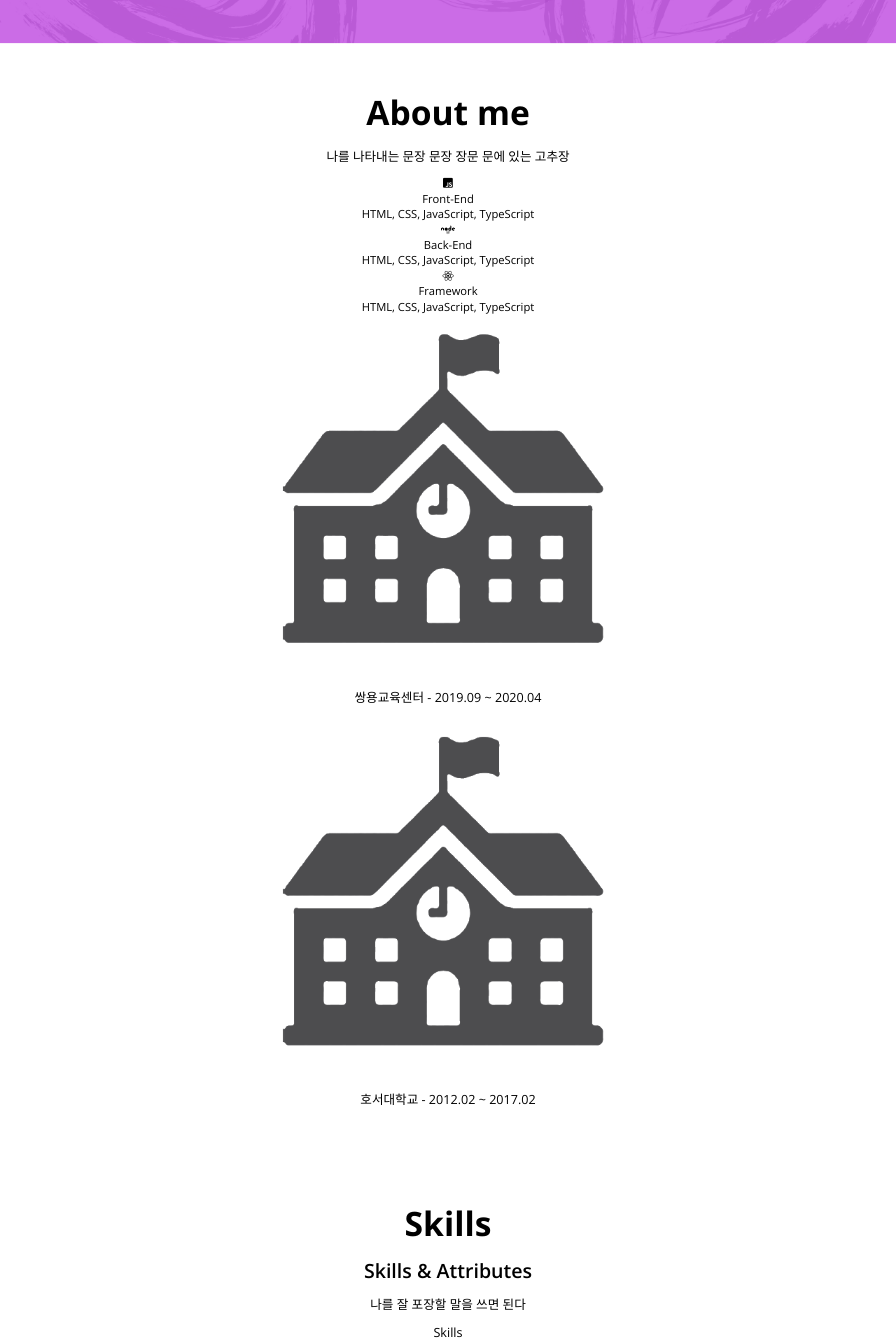
Repository: DevMinwoo-Jung/MinwooPortfolio
Page: index.html
These files come from the project's save history. The page is drawn as it stood at one moment and after the next save; the edit follows.
The browser window is 1280 px wide. The pictures show the part of the page from y = 1342 to 3262 px (the page is 7614 px tall before and 8058 px after), at 70% of full size.

Above is the page before, as saved 2021-05-31 14:34:29.

### index.html
<!DOCTYPE html>
<html lang="en">
<head>
  <meta charset="UTF-8">
  <meta http-equiv="X-UA-Compatible" content="IE=edge">
  <meta name="viewport" content="width=device-width, initial-scale=1.0">
  <title>Minwoo's Portfolio</title>
  <meta name="description" content="(will be) world-renowned Front-End Web developer Minwoo">
  <meta name="author" content= "Minwoo Jung">
  <link rel="icon" type ="image/png" href="imgs/favicon.png">
  <link rel="stylesheet" href="https://use.fontawesome.com/releases/v5.15.3/css/all.css" integrity="sha384-SZXxX4whJ79/gErwcOYf+zWLeJdY/qpuqC4cAa9rOGUstPomtqpuNWT9wdPEn2fk" crossorigin="anonymous">
  <link rel="preconnect" href="https://fonts.gstatic.com">
<link href="https://fonts.googleapis.com/css2?family=Open+Sans:wght@400;600;700&display=swap" rel="stylesheet">
<link rel="stylesheet" href="style.css">
<script src="main.js" defer></script>
</head>
<body>
  <h1>Heading</h1>
  <h2>Heading</h2>
  <h3>Heading</h3>
  <p>Paragraph</p>
  <!-- Navbar -->
  <nav id="navbar">
    <div class="navbar__logo">
      <img src="imgs/favicon.png" alt="">
      <a href="#">Minwoo</a>
    </div>
      <ul class="nvabar__menu">
        <li class="navbar__menu__item--active">Home</li>
        <li class="navbar__menu__item">About</li>
        <li class="navbar__menu__item">Skills</li>
        <li class="navbar__menu__item">My work</li>
        <li class="navbar__menu__item">Testimonial</li>
        <li class="navbar__menu__item">Contact</li>
      </ul>
  </nav>
  <!-- Home -->
  <section id="home">
    <img src="imgs/myPhoto.jpg" alt="Minwoo's profile photo" class="home__avatar">
    <h1 class="home__title">반갑습니다. <br> 프론트엔드 개발자 정민우입니다.</h1>
    <h2 class="home__description">멈추지 않는 개발자로 살아가고싶습니다.</h2>
    <button class="home__contact">Contact Me</button>
  </section>
  <!-- About -->
  <section id="about" class="section">
    <h1>About me</h1>
    <p>나를 나타내는 문장 문장 장문 문에 있는 고추장</p>
    <div class="about__majors">
      <div class="major">
        <div class="major__icon">
          <i class="fab fa-js-square"></i>
        </div>
        <div class="major__title">Front-End</div>
        <div class="major__description">
          HTML, CSS, JavaScript, TypeScript
        </div>
      </div>
      <div class="major">
        <div class="major__icon">
          <i class="fab fa-node"></i>
        </div>
        <div class="major__title">Back-End</div>
        <div class="major__description">
          HTML, CSS, JavaScript, TypeScript
        </div>
      </div>
      <div class="major">
        <div class="major__icon">
          <i class="fab fa-react"></i>
        </div>
        <div class="major__title">Framework</div>
        <div class="major__description">
          HTML, CSS, JavaScript, TypeScript
        </div>
      </div>
    </div>
    <div class="aoubt__jobs">
      <img src="imgs/school.png" alt="" class="job__logo">
      <p class="job__period">쌍용교육센터 - 2019.09 ~ 2020.04</p>
      <img src="imgs/school.png" alt="" class="job__logo">
      <p class="job__period">호서대학교 - 2012.02 ~ 2017.02</p>
    </div>



  </section>
  <!-- Skills -->
  <section id="skills" class="section">
    <h1>Skills</h1>
    <h2>Skills & Attributes</h2>
    <p>
      나를 잘 포장할 말을 쓰면 된다
    </p>
    <div class="skillset">
      <div class="skillset__left">
        <h3 class="skillset__title">Skills</h3>
        <div class="skill">
          <div class="skill__description">
            <span>HTML</span>
            <span>90%</span>
          </div>
          <div class="skill__bar">
            <div class="skill__value"></div>
          </div>
        </div>
        <div class="skill">
          <div class="skill__description">
            <span>JavaScript</span>
            <span>90%</span>
          </div>
          <div class="skill__bar">
            <div class="skill__value"></div>
          </div>
        </div>
        <div class="skill">
          <div class="skill__description">
            <span>CSS</span>
            <span>90%</span>
          </div>
          <div class="skill__bar">
            <div class="skill__value"></div>
          </div>
        </div>
        <div class="skill">
          <div class="skill__description">
            <span>TypeScript</span>
            <span>90%</span>
          </div>
          <div class="skill__bar">
            <div class="skill__value"></div>
          </div>
        </div>
        <div class="skill">
          <div class="skill__description">
            <span>NodeJs</span>
            <span>90%</span>
          </div>
          <div class="skill__bar">
            <div class="skill__value"></div>
          </div>
        </div>
      </div>
      <div class="skillset__right">
        <div class="tools">
          <h3 class="skillset__title">Tools</h3>
          <ul class="tools__list">
            <li><span>Visual Studio Code</span></li>
            <li><span>1</span></li>
            <li><span>2</span></li>
            <li><span>3</span></li>
            <li><span>4</span></li>
          </ul>
        </div>
        <div class="etc">
          <h3 class="skillset__title">Etc</h3>
          <ul class="etc__list">
            <li><span>Git</span></li>
            <li><span>Etc</span></li>
          </ul>
        </div>
      </div>
    </div>
  </section>
  <!-- Work -->
  <section id="work" class="section">
    <h1>My work</h1>
    <h3>Projects</h3>
    <div class="work__categories">
      <button class="category__btn">All <span class="category__count">8</span></button>
      <button class="category__btn">Front-End <span class="category__count">3</span></button>
      <button class="category__btn">React <span class="category__count">2</span></button>
      <button class="category__btn">vanilaJs <span class="category__count">2</span></button>
      <button class="category__btn">nodeJs <span class="category__count">1</span></button>
    </div>
    <div class="wrok__projects">
      <a href="mygithub" class="project__img" target="blank" data-type="back-end">
      <img src="imgs/favicon.png" alt="project1">
      <!-- 이미지 추후에 넣자 -->
      <div class="project__description">
        <h3>Proejct</h3>
        <span>Clone coding with HTML and CSS</span>
      </div>
      </a>
      <a href="mygithub" class="project__img" target="blank" data-type="back-end">
        <img src="imgs/favicon.png" alt="project1">
        <!-- 이미지 추후에 넣자 -->
        <div class="project__description">
          <h3>Proejct</h3>
          <span>Clone coding with HTML and CSS</span>
        </div>
        </a>
        <a href="mygithub" class="project__img" target="blank" data-type="back-end">
          <img src="imgs/favicon.png" alt="project1">
          <!-- 이미지 추후에 넣자 -->
          <div class="project__description">
            <h3>Proejct</h3>
            <span>Clone coding with HTML and CSS</span>
          </div>
          </a>
          <a href="mygithub" class="project__img" target="blank" data-type="back-end">
            <img src="imgs/favicon.png" alt="project1">
            <!-- 이미지 추후에 넣자 -->
            <div class="project__description">
              <h3>Proejct</h3>
              <span>Clone coding with HTML and CSS</span>
            </div>
            </a>
    </div>
  </section>
  <!-- Testimonials -->
  <section id="testimonials" class="section">
    <h1>Testmonials</h1>
    <h3>See what they say about me</h3>
    <div class="testmonials">
      <div class="testimonial">
        <img src="imgs/testimonail/people.jpg" alt="" class="testimonial__avatar">
        <div class="testimonail__speech-bubble">
          <p>qmffkqmffk</p>
          <p class="name"><a href="">이름</a>일한곳</p>
        </div>
      </div>
      <div class="testimonial">
        <img src="imgs/testimonail/people.jpg" alt="" class="testimonial__avatar">
        <div class="testimonail__speech-bubble">
          <p>qmffkqmffk</p>
          <p class="name"><a href="">이름</a>일한곳</p>
        </div>
      </div>
    </div>
  </section>
  <!-- Contact -->
  <section id="contact" class="section">
    <h1 class="contact__title">Let's talk</h1>
    <h2 class="contact__email">applejung312@gmail.com</h2>
    <div class="contact__links">
      <a href="https://github.com/DevMinwoo-Jung" target="_blank">
        <i class="fab fa-github"></i>
      </a>
      <a href="https://dev-minwoo.tistory.com/" target="_blank">
        <i class="fas fa-blog"></i>
      </a>
    </div>
    <p class="contact__right">
      2021 Minwoo Jung - All rights reseverd
    </p>
  </section>
</body>
</html>

### style.css
/* Global */
:root {
  /* Color */
  --color-white: #ffffff;
  --color-light-white: #eeeeee;
  --color-dark-white: #bdbdbd;
  --color-pink: #fe918d;
  --color-dark-pink: #ff6863;
  --color-dark-grey: #4d4d4d;
  --color-grey: #616161;
  --color-light-grey: #7c7979;
  --color-blue: #73aace;
  --color-yellow: #fff7d1;
  --color-orange: #feb546;
  --color-black: #000000;
  --color-dard-purple: rgb(78, 23, 69);

  /* Font size */
  --font-large: 48px;
  --font-medium: 28px;
  --font-regular: 18px;
  --font-small: 16px;
  --font-micro: 14px;

  /* Font weight */
  --weight-bold: 700;
  --weight-semi-bold: 600;
  --weight-regular: 400;

  /* Size */
  --size-border-radius: 4px;
}

/* Universal tags */
* {
  box-sizing: border-box;
}

/* Typography */
h1 {
  font-size: var(--font-large);
  font-weight: var(--weight-bold);
  color: var(--color-black);
  margin: 16px 0px;
}

h2 {
  font-size: var(--font-medium);
  font-weight: var(--weight-semi-bold);
  color: var(--color-black);
  margin: 8px 0;
}

h3 {
  font-size: var(--font-regular);
  font-weight: var(--weight-regular);
  color: var(--color-black);
  margin: 8px 0;
}

p {
  font-size: var(--font-regular);
  font-weight: var(--weight-regular);
  color: var(--color-black);
  margin: 16px 0;
}

body {
  margin: 0;
  font-family: "Open Sans", sans-serif;
  cursor: default;
}

a {
  text-decoration: none;
  color: var(--color-white);
}

ul {
  list-style: none;
  padding-left: 0;
}

li {
  list-style: none;
}

button {
  background-color: transparent;
  cursor: pointer;
  border: none;
  outline: none;
}

/* Navbar */
#navbar {
  display: flex;
  justify-content: space-between;
  background-color: purple;
  align-items: center;
  color: var(--color-white);
  padding: 16px;
}

.navbar__menu {
  display: flex;
}

.navbar__menu__item {
  padding: 8px 12px;
  margin: 0 4px;
  cursor: pointer;
  border-radius: var(--size-border-radius);
}

.navbar__logo {
  font-size: var(--font-medium);
  font-weight: var(--weight-semi-bold);
}

.navbar__menu__item--active {
  border: 1px solid var(--color-white);
}

.navbar__menu__item:hover {
  background-color: var(--color-dard-purple);
}

/* Home */
#home {
  background: url("imgs/background\ Img.png") center/cover no-repeat;
  padding: 40px;
  text-align: center;
}

.home__avatar {
  width: 250px;
  height: 250px;
  border-radius: 50%;
  border: 2px solid var(--color-white);
}

.home__title,
.home__description {
  color: var(--color-white);
}

.home__contact {
  color: var(--color-white);
  font-size: var(--font-regular);
  font-weight: var(--weight-bold);
  margin: 24px;
  padding: 8px 12px;
  border: 2px solid (var(--color-white));
  border-radius: var(--size-border-radius);
}

/* Section common */
.section {
  margin: auto;
  padding: 50px;
  text-align: center;
  max-width: 1200px;
}

/* About */
.aoubt__majors {
  display: flex;
  justify-content: space-between;
}

Loaded but not shown: main.js (no copy from this time; the picture is the same without it)

After the next save:
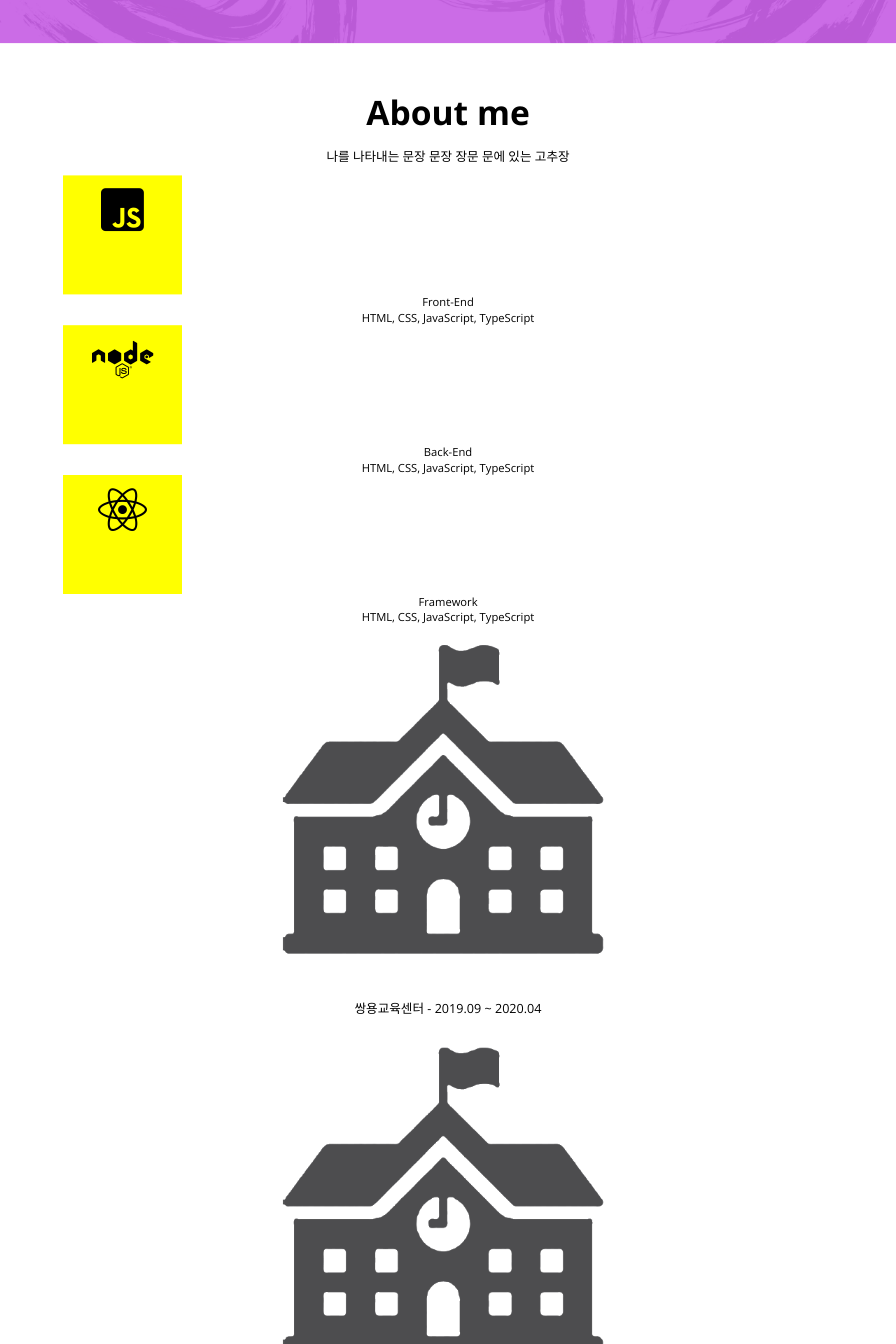
Saved 44 s later.
--- a/style.css
+++ b/style.css
@@ -167,4 +167,12 @@ button {
 .aoubt__majors {
   display: flex;
   justify-content: space-between;
+  margin: 80px 0;
 }
+
+.major__icon {
+  width: 170px;
+  height: 170px;
+  font-size: 70px;
+  background-color: yellow;
+}
